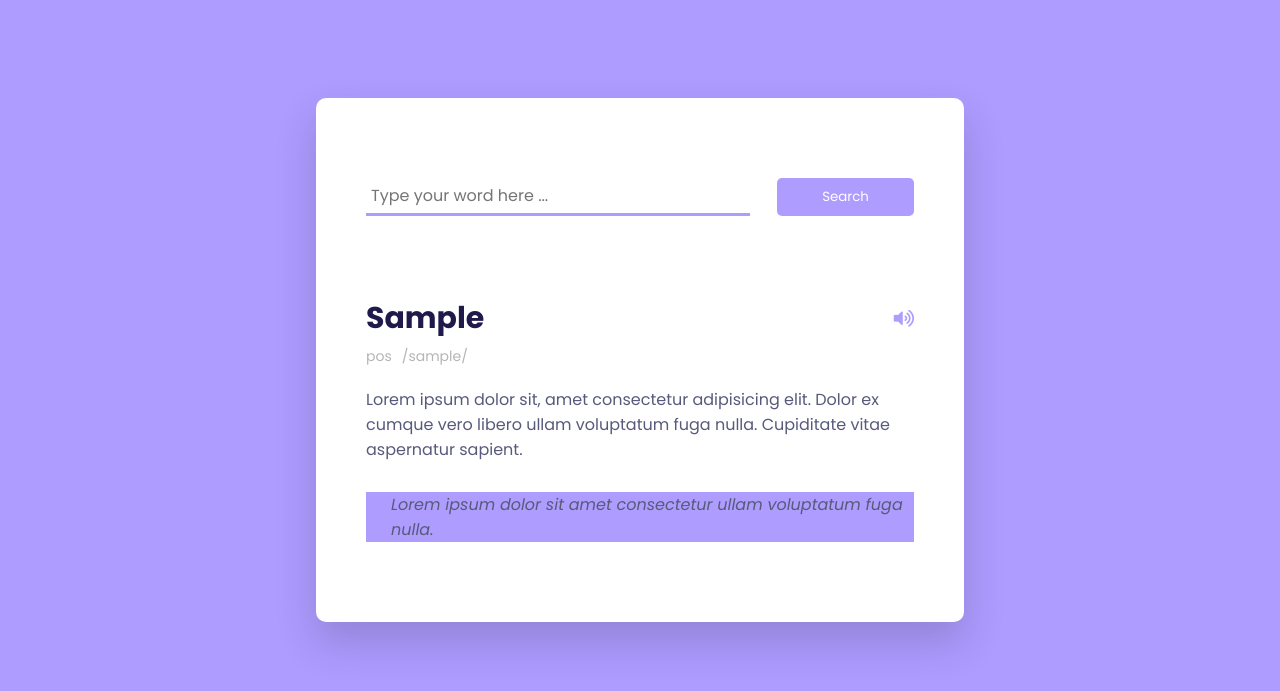
Repository: MohamedMostafaTaha/Translation_app
Page: index.html
An editor plug-in stored every save of this project. The page is shown before and after the next save, followed by the edit.
The browser window is 1280 px wide. The pictures show the whole page.

Above is the page before, as saved 2023-09-16 18:31:01.

### index.html
<!DOCTYPE html>
<html lang="en">
  <head>
    <meta charset="UTF-8" />
    <meta name="viewport" content="width=device-width, initial-scale=1.0" />
    <title>Document</title>
    <link
      rel="stylesheet"
      href="https://cdnjs.cloudflare.com/ajax/libs/font-awesome/5.15.4/css/all.min.css"
    />
    <link rel="preconnect" href="https://fonts.googleapis.com" />
    <link rel="preconnect" href="https://fonts.gstatic.com" crossorigin />
    <link
      href="https://fonts.googleapis.com/css2?family=Poppins:ital,wght@0,100;0,200;0,300;0,400;0,500;0,600;0,700;0,800;0,900;1,100;1,200;1,300;1,400;1,500;1,600;1,700;1,800;1,900&display=swap"
      rel="stylesheet"
    />
    <link rel="stylesheet" href="style.css" />
  </head>
  <body>
    <div class="container">
      <div class="search-box">
        <input
          type="text"
          placeholder="Type your word here ..."
          id="inp-word"
        />
        <button id="search-btn">Search</button>
      </div>

      <div class="result">
        <div class="word">
          <h3>Sample</h3>
          <button>
            <i class="fas fa-volume-up"></i>
          </button>
        </div>

        <div class="details">
          <p>pos</p>
          <p>/sample/</p>
        </div>
        <p class="word-meaning">
          Lorem ipsum dolor sit, amet consectetur adipisicing elit. Dolor ex
          cumque vero libero ullam voluptatum fuga nulla. Cupiditate vitae
          aspernatur sapient.
        </p>
        <p class="word-example">
          Lorem ipsum dolor sit amet consectetur ullam voluptatum fuga nulla.
        </p>
      </div>
    </div>
    <script src="main.js"></script>
  </body>
</html>

### style.css
* {
  padding: 0;
  margin: 0;
  box-sizing: border-box;
}

*:not(i) {
  font-family: "Poppins", sans-serif;
}

body {
  background-color: #ae9cff;
}

.container {
  background-color: #ffffff;
  width: 90vmin;
  position: absolute;
  transform: translate(-50%, -50%);
  top: 50%;
  left: 50%;
  padding: 80px 50px;
  border-radius: 10px;
  box-shadow: 0 20px 40px rgba(38, 33, 61, 0.2);
}

.search-box {
  width: 100%;
  display: flex;
  justify-content: space-between;
}

.search-box input {
  padding: 5px;
  width: 70%;
  border: none;
  outline: none;
  border-bottom: 3px solid #ae9cff;
  font-size: 16px;
}

.search-box button {
  padding: 5px 0;
  width: 25%;
  background-color: #ae9cff;
  border: none;
  outline: none;
  color: white;
  border-radius: 5px;
}

.result {
  position: relative;
}

.result h3 {
  font-size: 30px;
  color: #1f194c;
}

.result .word {
  display: flex;
  justify-content: space-between;
  margin-top: 80px;
}

.result button {
  background-color: transparent;
  color: #ae9cff;
  border: none;
  outline: none;
  font-size: 18px;
}

.result .details {
  display: flex;
  gap: 10px;
  color: #b3b6b4;
  margin: 5px 0 20px 0;
  font-size: 14px;
}

.word-meaning {
  color: #575a7b;
}

.word-example {
  color: #575a7b;
  font-style: italic;
  border-left: 5px solid #ae9cff;
  padding-left: 20px;
  margin-top: 30px;
  background-color: #ae9cff;
}

Loaded but not shown: main.js (no copy from this time; the picture is the same without it)

After the next save:
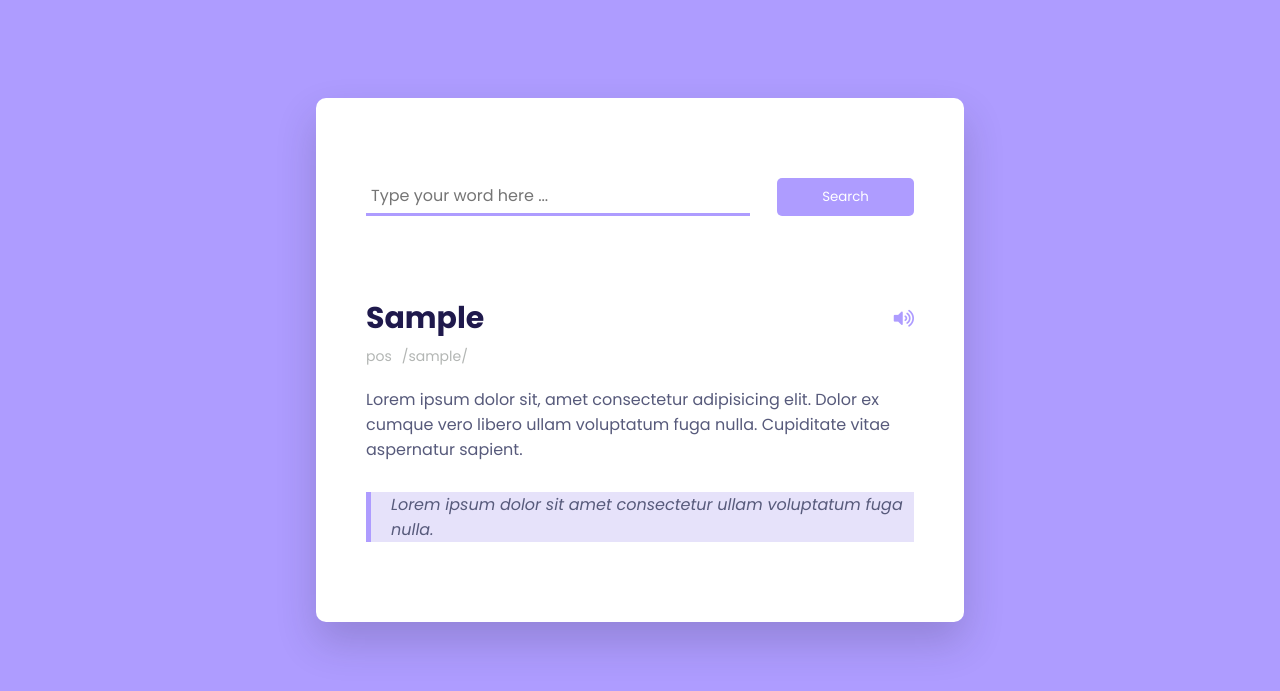
Saved 7 s later.
--- a/style.css
+++ b/style.css
@@ -90,5 +90,5 @@ body {
   border-left: 5px solid #ae9cff;
   padding-left: 20px;
   margin-top: 30px;
-  background-color: #ae9cff;
+  background-color: #e6e2fa;
 }
